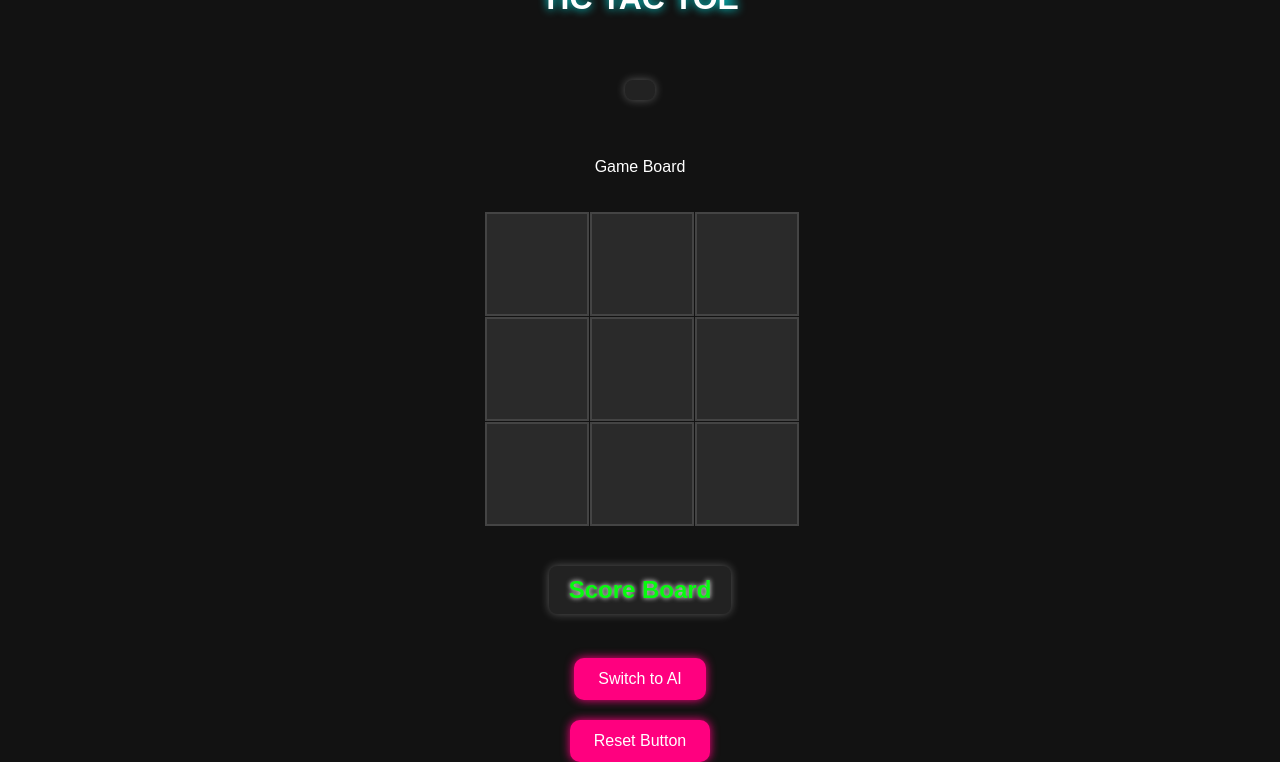
Repository: Yash19075/TicTacToe-game
Page: TicTacToe.html
These files come from the project's save history. The page is drawn as it stood at one moment and after the next save; the edit follows.
The browser window is 1280 px wide. The pictures show the whole page.

Above is the page before, as saved 2025-03-09 11:14:23.

After the next save:
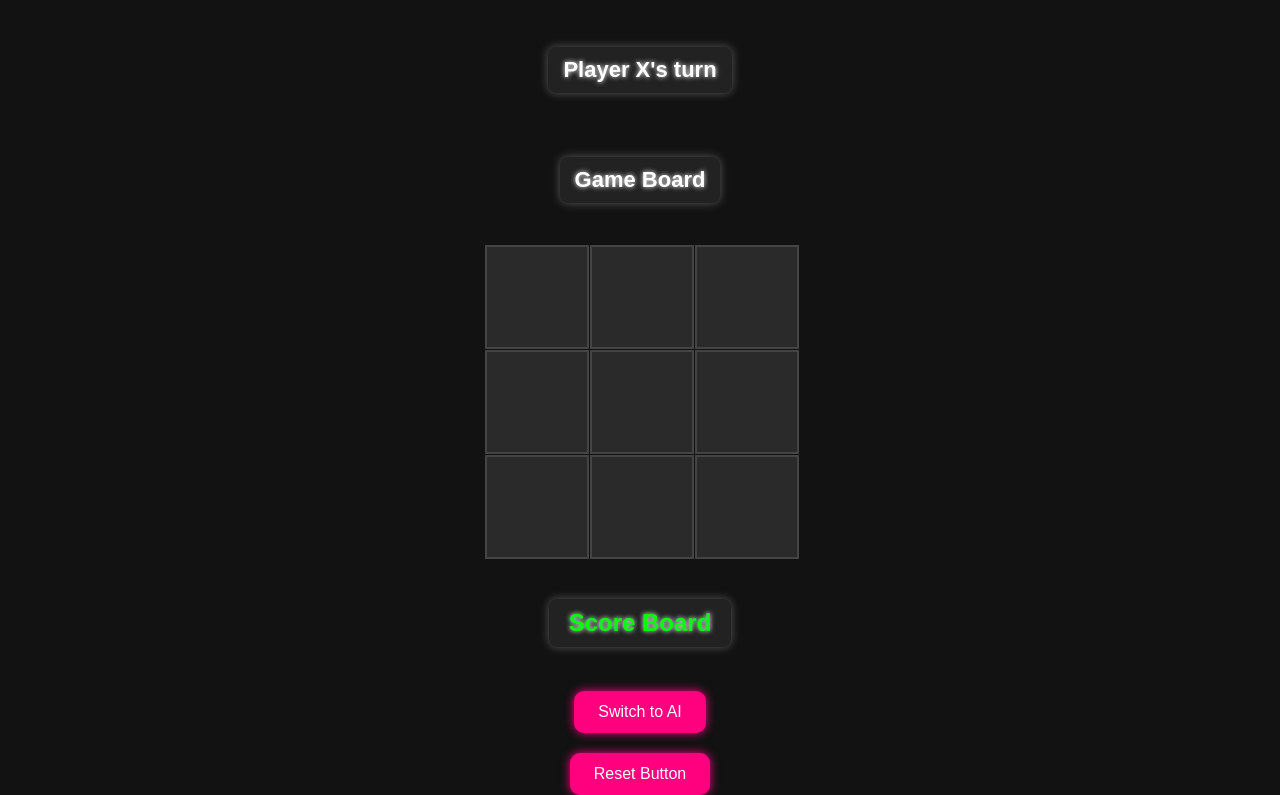
Saved 5 s later.
--- a/TicTacToe.html
+++ b/TicTacToe.html
@@ -9,9 +9,9 @@
 <body>
     <h1>TIC TAC TOE</h1>
 
-    <p class="player-turn"></p>
+    <p class="player-turn">Player X's turn</p>
 
-    <p>Game Board</p>
+    <p class="game-board">Game Board</p>
     <div class="css-board">
         <div class="cell" onclick="handleClick(0)"></div>
         <div class="cell" onclick="handleClick(1)"></div>
